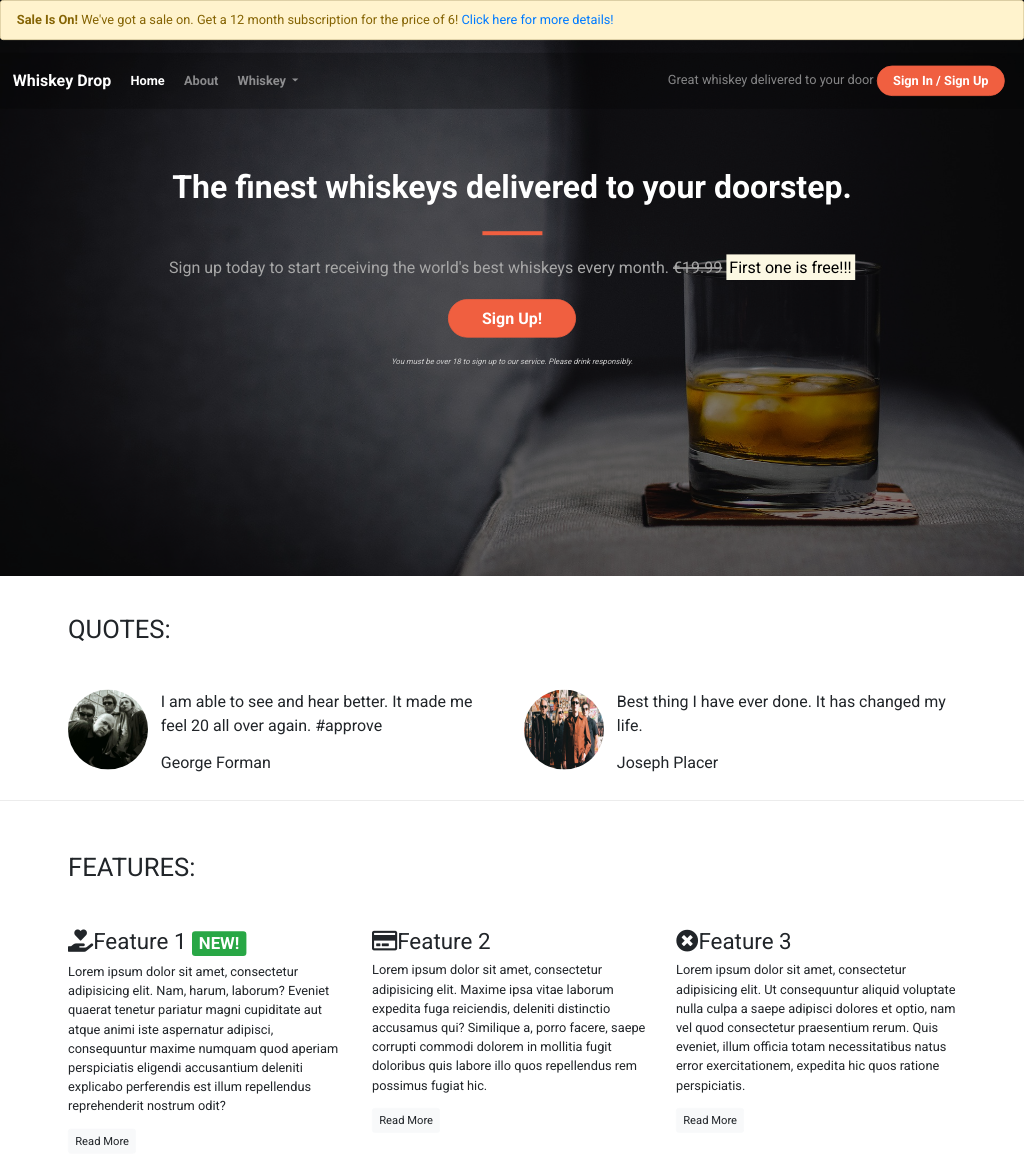
Repository: NamcorStudent/Dropdown-css
Page: bootstrap-whiskey/bootstrap.html
The author's editor kept a record of every edit. The page is drawn from the files as they stood at one moment, then again after the next edit.
The browser window is 1280 px wide. The page is 1295 px wide, so the pictures cover 1295 px, including what lies to the right of the window. The pictures show the whole page, at 80% of full size.
Backgrounds fixed to the window are drawn as part of the page. Some web libraries are served in a nearby version.

Above is the page before.
Console error: TypeError: Cannot read properties of undefined (reading 'fn')

### bootstrap-whiskey/bootstrap.html
<!DOCTYPE html>
<html lang="en">

<head>
    <meta charset="UTF-8">
    <meta name="viewport" content="width=device-width, initial-scale=1.0">
    <meta http-equiv="X-UA-Compatible" content="ie=edge">
    <link rel="stylesheet" href="https://stackpath.bootstrapcdn.com/bootstrap/4.1.3/css/bootstrap.min.css" integrity="sha384-MCw98/SFnGE8fJT3GXwEOngsV7Zt27NXFoaoApmYm81iuXoPkFOJwJ8ERdknLPMO" crossorigin="anonymous">
    <script src="https://stackpath.bootstrapcdn.com/bootstrap/4.1.3/js/bootstrap.min.js" integrity="sha384-ChfqqxuZUCnJSK3+MXmPNIyE6ZbWh2IMqE241rYiqJxyMiZ6OW/JmZQ5stwEULTy" crossorigin="anonymous"></script>
    <link href="https://fonts.googleapis.com/css?family=Roboto:400,700&display=swap" rel="stylesheet">
    <link rel="stylesheet" href="bootstrap.css" type="text/css" />
    <link rel="stylesheet" href="https://use.fontawesome.com/releases/v5.6.1/css/all.css" integrity="sha384-gfdkjb5BdAXd+lj+gudLWI+BXq4IuLW5IT+brZEZsLFm++aCMlF1V92rMkPaX4PP" crossorigin="anonymous">
    <title>Whiskey Drop | Taste a new whiskey every month</title>
</head>

<body>
    <div class="container-fluid navalert-container">
        <div class="container-fluid alert-container">
            <div class="row d-none d-sm-block">
                <div class="col-12">
                    <div class="alert alert-warning site-wide-warning"><strong>Sale Is On!</strong> We've got a sale on. Get a 12 month subscription for the price of 6!
                        <a href="">Click here for more details!</a>
                    </div>
                </div>
            </div>
        </div>
        <nav class="navbar navbar-dark navbar-expand-sm">
            <a href="/logo" class="navbar-brand">Whiskey Drop</a>
            <button class="navbar-toggler" type="button" data-toggle="collapse" data-target="#navbarTogglerDropdown" aria-controls="navbarTogglerDemo02" aria-expanded="false" aria-label="Toggle navigation">
            <span class="navbar-toggler-icon"></span>
            </button>

            <div class="collapse navbar-collapse" id="navbarTogglerDropdown">
                <ul class="navbar-nav mr-auto">
                    <li class="active nav-item mr-2"><a href="/home" class="nav-link">Home</a></li>
                    <li class="nav-item mr-2"><a href="/about" class="nav-link">About</a></li>
                    <li class="nav-item mr-2 dropdown">
                        <a class="nav-link dropdown-toggle" href="#" id="navbarDropdown" role="button" data-toggle="dropdown" aria-haspopup="true" aria-expanded="false">
                       Whiskey
                    </a>
                        <div class="dropdown-menu" aria-labelledby="navbarDropdown">
                            <a class="dropdown-item" href="#">Irish</a>
                            <a class="dropdown-item" href="#">Rakija</a>
                            <a class="dropdown-item" href="#">Palinka</a>
                            <a class="dropdown-item" href="#">Moonshine</a>
                        </div>
                        <li class="nav-item mr-2 d-block d-md-none"><a href="/SignIn" class="nav-link">Sign In / Sign Up</a></li>
                </ul>
            </div>
            <div class="d-none d-md-block">
                <p class="navbar-text my-auto mr-2">Great whiskey delivered to your door <a href="/login" class=" btn btn-cta btn--red">Sign In / Sign Up</a></p>
            </div>
        </nav>
    </div>


    <!-----CALLOUT----->
    <div class="containter-fluid callout-container">
        <section class="callout jumbotron text-center">
            <div class="row">
                <div class="opaque-overlay">&nbsp</div>
                <div class="col-12">
                    <h1 class="jumbotron-header">The finest whiskeys delivered to your doorstep.</h1>
                    <hr class="block-devider block-devider--orange">
                    <p class="lead">Sign up today to start receiving the world's best whiskeys every month.
                        <s class="d-none d-sm-inline">€19.99</s>
                        <span class="d-inline d-sm-none"><br></span>
                        <strong><mark>First one is free!!!</mark></strong></p>
                    <p><button class="btn btn-lg btn-cta btn--red" data-toggle="modal" data-target="#signUpModal">Sign Up!</button></p>
                    <p class="text-muted"><small>You must be over 18 to sign up to our service. Please drink responsibly.</small></p>
                </div>
            </div>
        </section>
    </div>
    <!-----QUOTES----->
    <div class="container quotes-container">
        <section class="quotes">
            <div class="row">
                <div class="col-12 my-5">
                    <h2 class="text-uppercase">Quotes:</h2>
                </div>
            </div>
            <div class="row">
                <div class="col-12 col-md-6">
                    <div class="media">
                        <div class="d-none d-sm-block ">
                            <img src="../images/quote-one.jpg" class="rounded-circle mr-3" height=100 width=100/>
                        </div>
                        <div class="media-body">
                            <blockquote class="blockquote">
                                <p>I am able to see and hear better. It made me feel 20 all over again. #approve</p>
                                <p>George Forman</p>
                            </blockquote>
                        </div>
                    </div>
                </div>
                <div class="col-12 col-md-6">
                    <div class="media">
                        <div class="d-none d-sm-block">
                            <img src="../images/quote-two.jpg" class="rounded-circle mr-3" height=100 width=100/>
                        </div>
                        <div class="media-body">
                            <blockquote class="blockquote">
                                <p>Best thing I have ever done. It has changed my life.</p>
                                <p>Joseph Placer</p>
                            </blockquote>
                        </div>
                    </div>
                </div>
            </div>
        </section>
    </div>
    <hr>

    <!-----FEATURES----->
    <div class="container features-container">
        <section class="features">
            <div class="row">
                <div class="col-12 my-5">
                    <h2 class="text-uppercase">Features:</h2>
                </div>
            </div>
            <div class="row">
                <div class="col-12 col-md-6 col-lg-4">
                    <div class="feature">
                        <h3><i class="fas fa-hand-holding-heart d-none d-sm-inline"></i>Feature 1 <span class="badge badge-success">NEW!</span></h3>
                        <p>Lorem ipsum dolor sit amet, consectetur adipisicing elit. Nam, harum, laborum? Eveniet quaerat tenetur pariatur magni cupiditate aut atque animi iste aspernatur adipisci, consequuntur maxime numquam quod aperiam perspiciatis eligendi
                            accusantium deleniti explicabo perferendis est illum repellendus reprehenderit nostrum odit?</p>
                        <p><a href="#" class="btn btn-sm btn-light">Read More</a></p>
                    </div>
                </div>
                <div class="col-12 col-md-6 col-lg-4">
                    <div class="feature">
                        <h3><i class="far fa-credit-card d-none d-sm-inline"></i>Feature 2</h3>
                        <p>Lorem ipsum dolor sit amet, consectetur adipisicing elit. Maxime ipsa vitae laborum expedita fuga reiciendis, deleniti distinctio accusamus qui? Similique a, porro facere, saepe corrupti commodi dolorem in mollitia fugit doloribus
                            quis labore illo quos repellendus rem possimus fugiat hic.</p>
                        <p><a href="#" class="btn btn-sm btn-light">Read More</a></p>
                    </div>
                </div>
                <div class="col-12 d-md-none d-lg-block col-lg-4">
                    <div class="feature">
                        <h3><i class="fas fa-times-circle d-none d-sm-inline"></i>Feature 3</h3>
                        <p>Lorem ipsum dolor sit amet, consectetur adipisicing elit. Ut consequuntur aliquid voluptate nulla culpa a saepe adipisci dolores et optio, nam vel quod consectetur praesentium rerum. Quis eveniet, illum officia totam necessitatibus
                            natus error exercitationem, expedita hic quos ratione perspiciatis.</p>
                        <p><a href="#" class="btn btn-sm btn-light">Read More</a></p>
                    </div>
                </div>
            </div>
        </section>
    </div>

    <div class="modal" tabindex="-1" role="dialog" id="signUpModal">
        <div class="modal-dialog" role="document">
            <div class="modal-content">
                <div class="modal-header">
                    <h5 class="modal-title">Sign Up for Whiskey Drrop today</h5>
                    <button type="button" class="close" data-dismiss="modal" aria-label="Close">
          <span aria-hidden="true">&times;</span>
        </button>
                </div>
                <div class="modal-body">
                    <form>
                        <div class="form-group">
                            <label for="exampleInputEmail1">Email address</label>
                            <input type="email" class="form-control" id="exampleInputEmail1" aria-describedby="emailHelp" placeholder="Enter email">
                            <small id="emailHelp" class="form-text text-muted">We'll never share your email with anyone else.</small>
                        </div>
                        <div class="form-group">
                            <label for="password">Password</label>
                            <input type="password" class="form-control" id="password" placeholder="Password">
                        </div>
                        <div class="form-group">
                            <label for="repeatPassword">Repeat Password</label>
                            <input type="password" class="form-control" id="repeatPassword" placeholder="Repeat Password">
                        </div>
                        <button type="submit" class="btn btn-success">Submit</button>
                    </form>
                </div>

            </div>
        </div>
    </div>

    <script src="https://code.jquery.com/jquery-3.3.1.slim.min.js" integrity="sha384-q8i/X+965DzO0rT7abK41JStQIAqVgRVzpbzo5smXKp4YfRvH+8abtTE1Pi6jizo" crossorigin="anonymous"></script>
    <script src="https://cdnjs.cloudflare.com/ajax/libs/popper.js/1.14.7/umd/popper.min.js" integrity="sha384-UO2eT0CpHqdSJQ6hJty5KVphtPhzWj9WO1clHTMGa3JDZwrnQq4sF86dIHNDz0W1" crossorigin="anonymous"></script>
    <script src="https://stackpath.bootstrapcdn.com/bootstrap/4.3.1/js/bootstrap.min.js" integrity="sha384-JjSmVgyd0p3pXB1rRibZUAYoIIy6OrQ6VrjIEaFf/nJGzIxFDsf4x0xIM+B07jRM" crossorigin="anonymous"></script>
</body>

</html>

### bootstrap-whiskey/bootstrap.css
body {
    font-family: 'Roboto', sans-serif;
}

/*Navigation*/

.navalert-container{
    position: absolute;
    top: 0;
    left: 0;
    padding-left: 0;
    padding-right: 0;
    z-index: 1;
}

.navbar{
    margin-bottom: 0;
    border: 0;
    width: 100%;
    background-color: rgba(0,0,0,0.25);
}

.navbar .navbar-toggler{
    border: 0;
}

.navbar-dark .navbar-brand {
     font-weight: bold;
}

.navbar .navbar-nav a{
    font-weight: bold;
}

.alert-container {
    padding-left: 0;
    padding-right: 0;
}

.site-wide-alert{
    border-radius: 0;
    margin-bottom: 0;
    padding: 5px 15px;
    background-color: #eec802;
    border-color: #eec802;
}

.callout-container {
    height: 100vh;
    position: relative;

    background: url(../images/whiskey-background.jpg) no-repeat bottom right fixed;
    -webkit-background-size: cover;
    -moz-background-size: cover;
    -o-background-size: cover;
    background-size: cover;

    display: flex;
    align-items: center;
    justify-content: center;
}

.opaque-overlay{
    top: 0;
    left: 0;
    height: 100%;
    width: 100%;
    position: absolute;
    background-color: rgba(0,0,0,0.5);
}

.quotes-container {}

.features-container {}

/*Jumbotron*/
.jumbotron{
    background-color: transparent;
}

.jumbotron .lead{
    margin: 25px 0;
    color: #a7a7a7;

}

.jumbotron small{
    font-size: 60%;
    font-style: italic;
    color: #d0d0d0;
}

/*Block Deviders*/

.block-devider{
    height: 5px;
    width: 75px;
    border: 0;
}

.block-devider--orange{
    background-color: #f05f40;
}

/*Headers*/
.jumbotron-header{
    color: white;
    font-weight: bold;
    margin-bottom: 30px;
}

/*Buttons*/

.btn-cta{
    width: 160px;
    border-radius: 26px;
    font-weight: bold;
}

.btn--red{
    background-color: #f05f40;
    border-color: #f05f40;
    color: white;
}

.btn--red:hover,
.btn--red:active,
.btn--red:focus,
.btn--red:active:focus {
    background-color: #df4929;
    border-color: #df4929;
}

After the next edit:
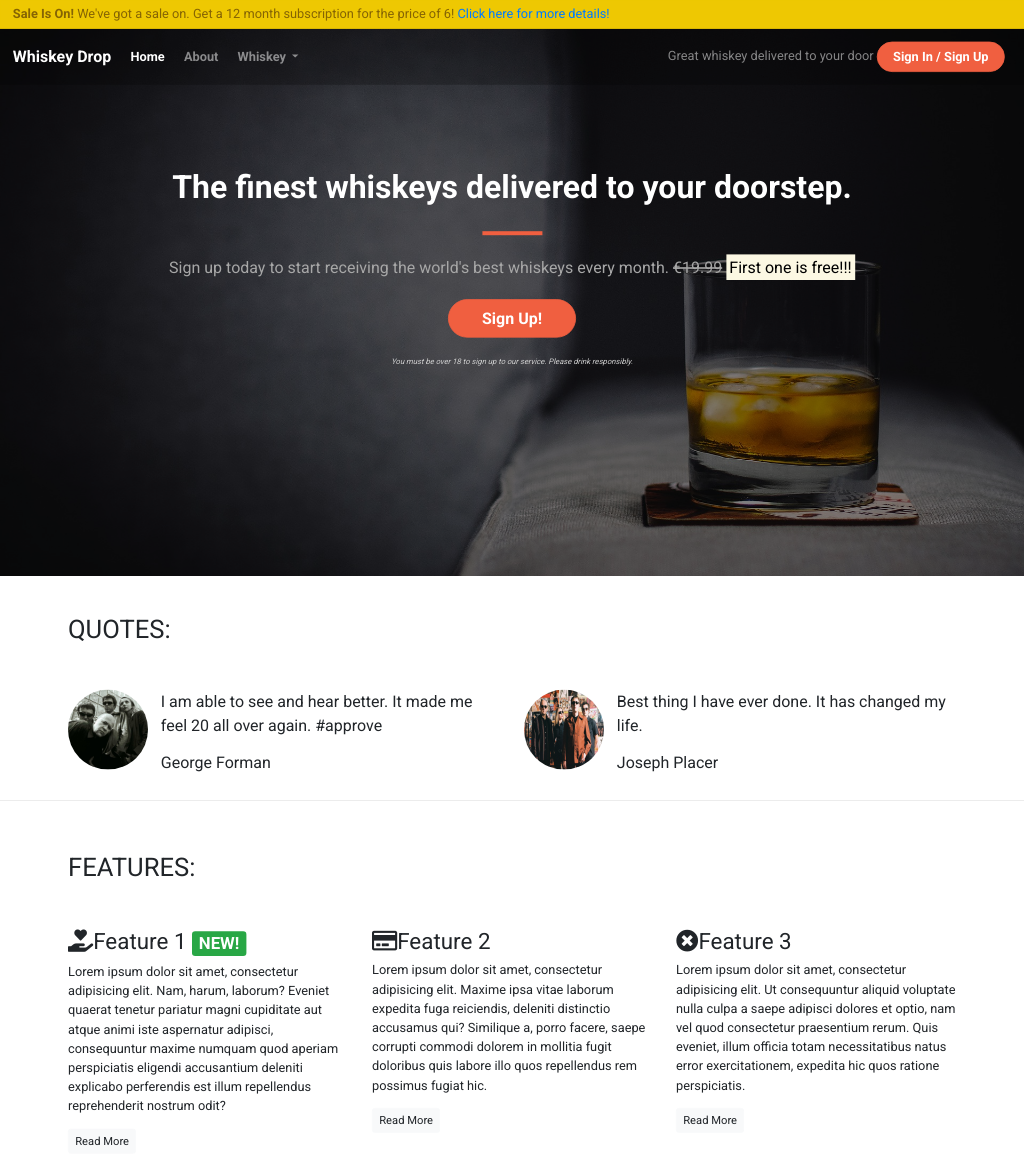
The edit:
--- a/bootstrap-whiskey/bootstrap.html
+++ b/bootstrap-whiskey/bootstrap.html
@@ -18,7 +18,7 @@
         <div class="container-fluid alert-container">
             <div class="row d-none d-sm-block">
                 <div class="col-12">
-                    <div class="alert alert-warning site-wide-warning"><strong>Sale Is On!</strong> We've got a sale on. Get a 12 month subscription for the price of 6!
+                    <div class="alert alert-warning site-wide-alert"><strong>Sale Is On!</strong> We've got a sale on. Get a 12 month subscription for the price of 6!
                         <a href="">Click here for more details!</a>
                     </div>
                 </div>
